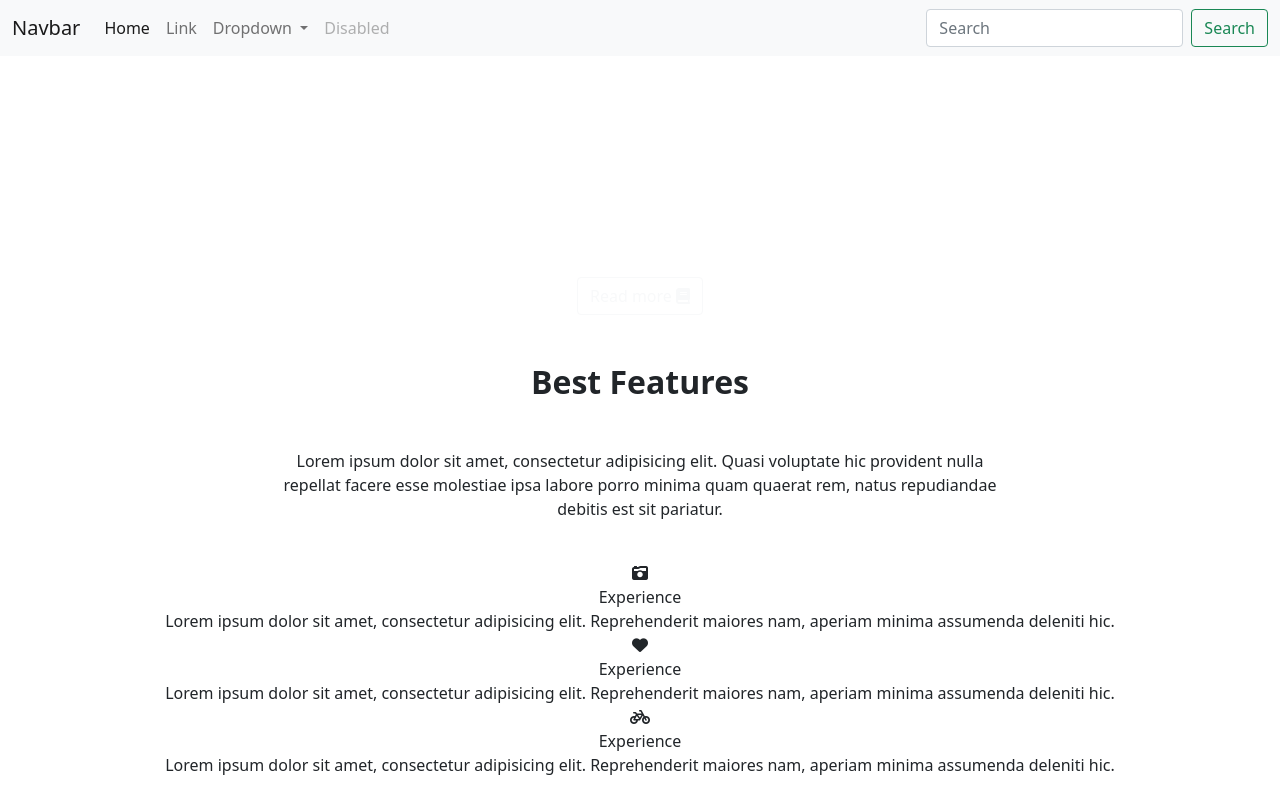
Repository: nptg3105/lab04-landing-page-boostrap5
Page: index.html
These files come from the project's save history. The page is drawn as it stood at one moment and after the next save; the edit follows.
The browser window is 1280 px wide. The pictures show the whole page.

Above is the page before, as saved 2021-12-19 10:18:25.

### index.html
<!DOCTYPE html>
<html lang="en">
  <head>
    <meta charset="UTF-8" />
    <meta http-equiv="X-UA-Compatible" content="IE=edge" />
    <meta name="viewport" content="width=device-width, initial-scale=1.0" />
    <title>lab04-Landing-Page-Boostrap</title>
    <link
      href="https://cdn.jsdelivr.net/npm/bootstrap@5.1.3/dist/css/bootstrap.min.css"
      rel="stylesheet"
      integrity="sha384-1BmE4kWBq78iYhFldvKuhfTAU6auU8tT94WrHftjDbrCEXSU1oBoqyl2QvZ6jIW3"
      crossorigin="anonymous"
    />
    <link rel="stylesheet" href="https://cdnjs.cloudflare.com/ajax/libs/font-awesome/6.0.0-beta3/css/all.min.css" integrity="sha512-Fo3rlrZj/k7ujTnHg4CGR2D7kSs0v4LLanw2qksYuRlEzO+tcaEPQogQ0KaoGN26/zrn20ImR1DfuLWnOo7aBA==" crossorigin="anonymous" referrerpolicy="no-referrer" />
    <link rel="stylesheet" href="dist/index.css" />
  </head>
  <body>
    <header>
      <nav class="navbar navbar-expand-lg navbar-light bg-light">
        <div class="container-fluid">
          <a class="navbar-brand" href="#">Navbar</a>
          <button
            class="navbar-toggler"
            type="button"
            data-bs-toggle="collapse"
            data-bs-target="#navbarSupportedContent"
            aria-controls="navbarSupportedContent"
            aria-expanded="false"
            aria-label="Toggle navigation"
          >
            <span class="navbar-toggler-icon"></span>
          </button>
          <div class="collapse navbar-collapse" id="navbarSupportedContent">
            <ul class="navbar-nav me-auto mb-2 mb-lg-0">
              <li class="nav-item">
                <a class="nav-link active" aria-current="page" href="#">Home</a>
              </li>
              <li class="nav-item">
                <a class="nav-link" href="#">Link</a>
              </li>
              <li class="nav-item dropdown">
                <a
                  class="nav-link dropdown-toggle"
                  href="#"
                  id="navbarDropdown"
                  role="button"
                  data-bs-toggle="dropdown"
                  aria-expanded="false"
                >
                  Dropdown
                </a>
                <ul class="dropdown-menu" aria-labelledby="navbarDropdown">
                  <li><a class="dropdown-item" href="#">Action</a></li>
                  <li><a class="dropdown-item" href="#">Another action</a></li>
                  <li><hr class="dropdown-divider" /></li>
                  <li>
                    <a class="dropdown-item" href="#">Something else here</a>
                  </li>
                </ul>
              </li>
              <li class="nav-item">
                <a class="nav-link disabled">Disabled</a>
              </li>
            </ul>
            <form class="d-flex">
              <input
                class="form-control me-2"
                type="search"
                placeholder="Search"
                aria-label="Search"
              />
              <button class="btn btn-outline-success" type="submit">
                Search
              </button>
            </form>
          </div>
        </div>
      </nav>
      <div class="hero">
       <div class="container-fluid d-flex align-items-center justify-content-center h-100">
         <div class="row d-flex justify-content-center text-center">
           <div class="col-md-10">
            <h2 class="text-white display-4 fw-bold pt-5 mb-2">Travel</h2>
            <h4 class="text-white my-4">Lorem ipsum dolor sit amet, consectetur adipisicing elit. Deleniti consequuntur.</h4>
            <button class="btn btn-outline-light">Read more <i class="fa fa-book"></i></button>
           </div>
         </div>
       </div>
      </div>
      <div class="feature text-center mt-5">
        <div class="container">
          <h2 class="feature__heading fw-bold mb-5">Best Features</h2>
          <div class="feature__detail row d-flex justify-content-center mb-4">
            <div class="col-md-8">
              <p class="grey-text">Lorem ipsum dolor sit amet, consectetur adipisicing elit. Quasi voluptate hic provident nulla repellat facere esse molestiae ipsa labore porro minima quam quaerat rem, natus repudiandae debitis est sit pariatur.</p>
            </div>
            </div>
          <div class="feature__list row">
            <div class="feature__item">
              <div class="feature__icon"><i class="fas fa-camera-retro"></i></div>
              <div class="feature__title">Experience</div>
              <div class="feature__desc">Lorem ipsum dolor sit amet, consectetur adipisicing elit. Reprehenderit maiores nam, aperiam minima assumenda deleniti hic.</div>
            </div>
            <div class="feature__item">
              <div class="feature__icon"><i class="fas fa-heart"></i></div>
              <div class="feature__title">Experience</div>
              <div class="feature__desc">Lorem ipsum dolor sit amet, consectetur adipisicing elit. Reprehenderit maiores nam, aperiam minima assumenda deleniti hic.</div>
            </div>
            <div class="feature__item">
              <div class="feature__icon"><i class="fas fa-bicycle"></i></div>
              <div class="feature__title">Experience</div>
              <div class="feature__desc">Lorem ipsum dolor sit amet, consectetur adipisicing elit. Reprehenderit maiores nam, aperiam minima assumenda deleniti hic.</div>
            </div>
          </div>
        </div>

      </div>
    </header>

    </p>

    <script
      src="https://cdn.jsdelivr.net/npm/bootstrap@5.1.3/dist/js/bootstrap.bundle.min.js"
      integrity="sha384-ka7Sk0Gln4gmtz2MlQnikT1wXgYsOg+OMhuP+IlRH9sENBO0LRn5q+8nbTov4+1p"
      crossorigin="anonymous"
    ></script>
  </body>
</html>

### dist/index.css
* {
  box-sizing: border-box;
  margin: 0;
  padding: 0;
}
body {
  line-height: 1.5;
}
:root {
  --color-bg: #ecf2f8;
  --color-white: #fff;
  --color-violet: #7541c8;
  --color-light-grey: #cfcfcf;
  --color-dark-grey: #19212e;
  --color-grey: #48556a;
}
.hero {
  background: url(https://mdbootstrap.com/img/Photos/Horizontal/Nature/full%20page/img%20(
        3
      ).jpg)
    no-repeat 50% fixed;
}
/*# sourceMappingURL=index.css.map */

After the next save:
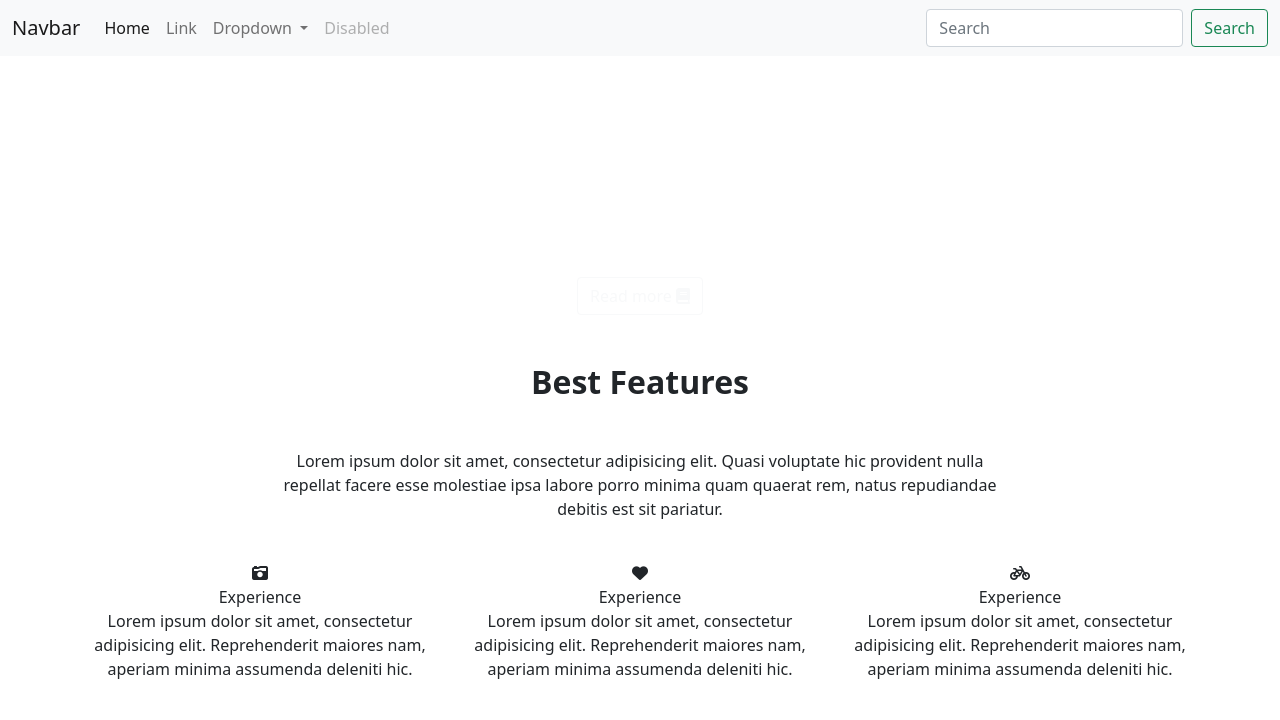
Saved 52 s later.
--- a/index.html
+++ b/index.html
@@ -96,17 +96,17 @@
             </div>
             </div>
           <div class="feature__list row">
-            <div class="feature__item">
+            <div class="feature__item col-md-4">
               <div class="feature__icon"><i class="fas fa-camera-retro"></i></div>
               <div class="feature__title">Experience</div>
               <div class="feature__desc">Lorem ipsum dolor sit amet, consectetur adipisicing elit. Reprehenderit maiores nam, aperiam minima assumenda deleniti hic.</div>
             </div>
-            <div class="feature__item">
+            <div class="feature__item col-md-4">
               <div class="feature__icon"><i class="fas fa-heart"></i></div>
               <div class="feature__title">Experience</div>
               <div class="feature__desc">Lorem ipsum dolor sit amet, consectetur adipisicing elit. Reprehenderit maiores nam, aperiam minima assumenda deleniti hic.</div>
             </div>
-            <div class="feature__item">
+            <div class="feature__item col-md-4">
               <div class="feature__icon"><i class="fas fa-bicycle"></i></div>
               <div class="feature__title">Experience</div>
               <div class="feature__desc">Lorem ipsum dolor sit amet, consectetur adipisicing elit. Reprehenderit maiores nam, aperiam minima assumenda deleniti hic.</div>
